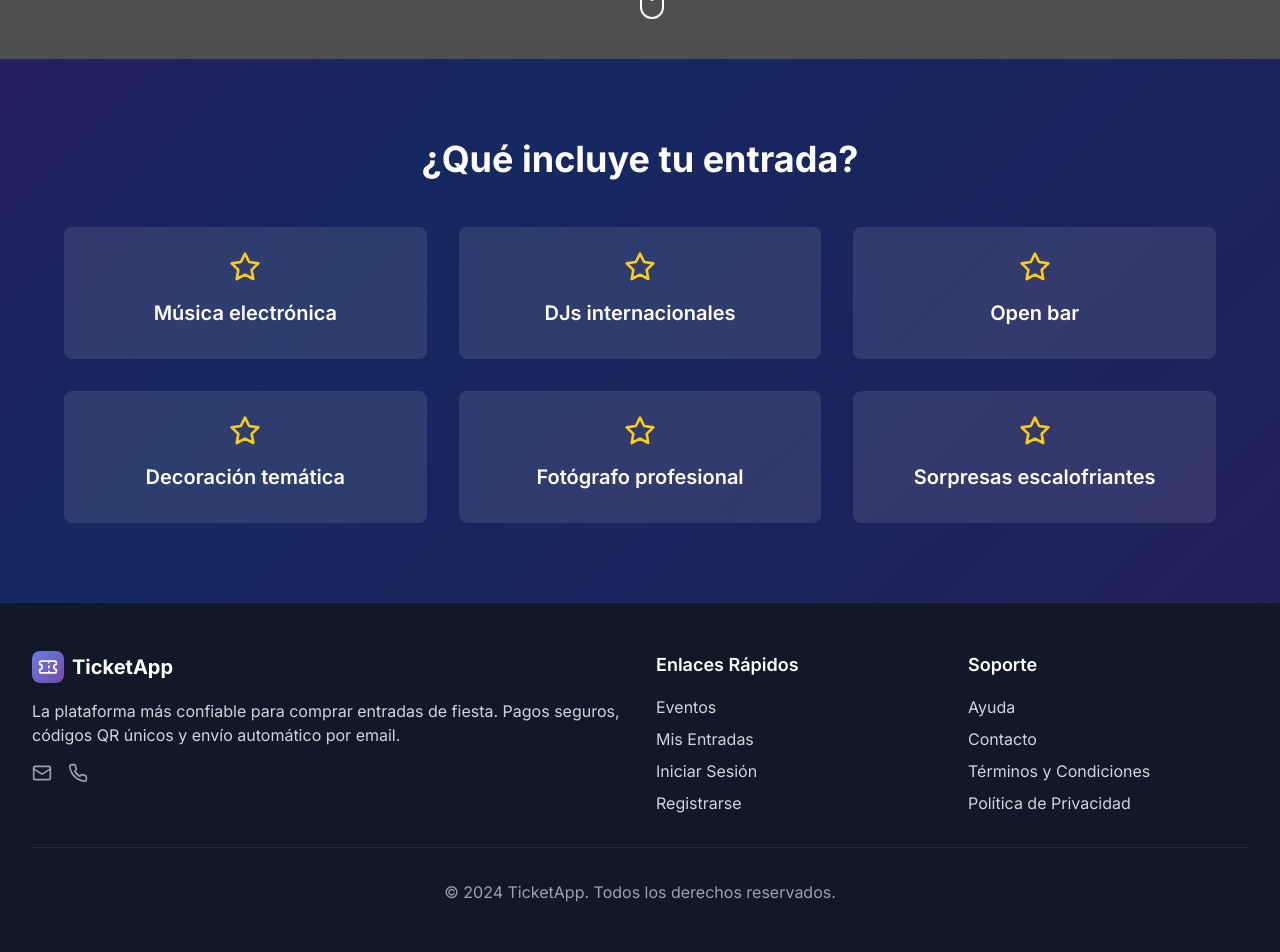
Repository: T0p2/Joda_Halloween
Page: / (app in client/)
An editor plug-in stored every save of this project. The page is shown before and after the next save, followed by the edit.
The browser window is 1280 px wide. The pictures show the part of the page from y = 730 to 1682 px (the page is 1682 px tall before and 1457 px after).
Pictures or frames that could not be fetched are drawn as grey boxes. The page's requests for data from a server got no answer. The project was rebuilt for these pictures with package versions that can differ from the ones it lists, and the page was loaded fresh each time. No one was signed in, and anything a server would have sent is missing. Also part of the build but not shown: client/src/components/AttendeeForm.tsx, client/src/pages/BuyTicket.tsx, client/src/config/api.js, client/src/components/ServerStatus.tsx, client/src/pages/Payment.tsx, client/src/pages/Events.tsx, client/src/pages/EventDetail.tsx, client/src/pages/Login.tsx and 4 more.

Above is the page before, as saved 2025-09-21 23:39:09.

### client/public/index.html
<!DOCTYPE html>
<html lang="es">
  <head>
    <meta charset="utf-8" />
    <link rel="icon" href="%PUBLIC_URL%/favicon.ico" />
    <meta name="viewport" content="width=device-width, initial-scale=1" />
    <meta name="theme-color" content="#000000" />
    <meta
      name="description"
      content="Aplicación web para compra de entradas de fiesta con pagos seguros y códigos QR"
    />
    <link rel="apple-touch-icon" href="%PUBLIC_URL%/logo192.png" />
    <link rel="manifest" href="%PUBLIC_URL%/manifest.json" />
    <link rel="preconnect" href="https://fonts.googleapis.com">
    <link rel="preconnect" href="https://fonts.gstatic.com" crossorigin>
    <link href="https://fonts.googleapis.com/css2?family=Inter:wght@300;400;500;600;700&display=swap" rel="stylesheet">
    <title>TicketApp - Compra Entradas de Fiesta</title>
  </head>
  <body>
    <noscript>Necesitas habilitar JavaScript para ejecutar esta aplicación.</noscript>
    <div id="root"></div>
  </body>
</html>

### client/src/index.css
@tailwind base;
@tailwind components;
@tailwind utilities;

@layer base {
  html {
    font-family: 'Inter', system-ui, sans-serif;
  }

  body {
    @apply bg-gray-50 text-gray-900;
  }
}

@layer components {
  .btn-primary {
    @apply bg-primary-600 hover:bg-primary-700 text-white font-medium py-2 px-4 rounded-lg transition-colors duration-200 focus:outline-none focus:ring-2 focus:ring-primary-500 focus:ring-offset-2;
  }

  .btn-secondary {
    @apply bg-gray-200 hover:bg-gray-300 text-gray-800 font-medium py-2 px-4 rounded-lg transition-colors duration-200 focus:outline-none focus:ring-2 focus:ring-gray-500 focus:ring-offset-2;
  }

  .card {
    @apply bg-white rounded-xl shadow-sm border border-gray-200 p-6;
  }

  .input-field {
    @apply w-full px-3 py-2 border border-gray-300 rounded-lg focus:outline-none focus:ring-2 focus:ring-primary-500 focus:border-transparent;
  }

  .gradient-bg {
    background: linear-gradient(135deg, #667eea 0%, #764ba2 100%);
  }
}

### client/src/App.tsx
import React from 'react';
import { BrowserRouter as Router, Routes, Route } from 'react-router-dom';
import { Toaster } from 'react-hot-toast';

// Components
import Header from './components/Header';
import Footer from './components/Footer';

// Pages
import Home from './pages/Home';
import BuyTicket from './pages/BuyTicket';
import Payment from './pages/Payment';
import Events from './pages/Events';
import EventDetail from './pages/EventDetail';
import Login from './pages/Login';
import Register from './pages/Register';
import MyTickets from './pages/MyTickets';
import Success from './pages/Success';
import Admin from './pages/Admin';

// Context
import { AuthProvider } from './context/AuthContext';

function App() {
  return (
    <AuthProvider>
        <Router future={{
          v7_startTransition: true,
          v7_relativeSplatPath: true
        }}>
          <div className="min-h-screen flex flex-col">
            <Header />
            <main className="flex-grow">
              <Routes>
                <Route path="/" element={<Home />} />
                <Route path="/buy-ticket" element={<BuyTicket />} />
                <Route path="/payment" element={<Payment />} />
                <Route path="/events" element={<Events />} />
                <Route path="/events/:id" element={<EventDetail />} />
                <Route path="/login" element={<Login />} />
                <Route path="/register" element={<Register />} />
                <Route path="/my-tickets" element={<MyTickets />} />
                <Route path="/success" element={<Success />} />
                <Route path="/admin" element={<Admin />} />
              </Routes>
            </main>
            <Footer />
          </div>
          <Toaster
            position="top-right"
            toastOptions={{
              duration: 4000,
              style: {
                background: '#363636',
                color: '#fff',
              },
              success: {
                duration: 3000,
                iconTheme: {
                  primary: '#10b981',
                  secondary: '#fff',
                },
              },
              error: {
                duration: 5000,
                iconTheme: {
                  primary: '#ef4444',
                  secondary: '#fff',
                },
              },
            }}
          />
        </Router>
    </AuthProvider>
  );
}

export default App;

### client/src/components/Header.tsx
import React from 'react';
import { Link } from 'react-router-dom';

const Header = () => {
  return (
    <header className="bg-black bg-opacity-50 backdrop-blur-sm border-b border-white border-opacity-20">
      <div className="max-w-7xl mx-auto px-4 sm:px-6 lg:px-8">
        <div className="flex justify-center items-center py-4">
          {/* Logo Centered */}
          <Link to="/" className="flex items-center">
            <div className="text-2xl sm:text-3xl font-bold text-white hover:text-yellow-400 transition-colors duration-200">
              🎃 Halloween Party 2025
            </div>
          </Link>
        </div>
      </div>
    </header>
  );
};

export default Header;

### client/src/components/Footer.tsx
import React from 'react';
import { Ticket, Mail, Phone } from 'lucide-react';

const Footer: React.FC = () => {
  return (
    <footer className="bg-gray-900 text-white">
      <div className="max-w-7xl mx-auto px-4 sm:px-6 lg:px-8 py-12">
        <div className="grid grid-cols-1 md:grid-cols-4 gap-8">
          {/* Logo and description */}
          <div className="col-span-1 md:col-span-2">
            <div className="flex items-center space-x-2 mb-4">
              <div className="w-8 h-8 gradient-bg rounded-lg flex items-center justify-center">
                <Ticket className="w-5 h-5 text-white" />
              </div>
              <span className="text-xl font-bold">TicketApp</span>
            </div>
            <p className="text-gray-300 mb-4">
              La plataforma más confiable para comprar entradas de fiesta.
              Pagos seguros, códigos QR únicos y envío automático por email.
            </p>
            <div className="flex space-x-4">
              <a href="#" className="text-gray-400 hover:text-white transition-colors duration-200">
                <Mail className="w-5 h-5" />
              </a>
              <a href="#" className="text-gray-400 hover:text-white transition-colors duration-200">
                <Phone className="w-5 h-5" />
              </a>
            </div>
          </div>

          {/* Quick links */}
          <div>
            <h3 className="text-lg font-semibold mb-4">Enlaces Rápidos</h3>
            <ul className="space-y-2">
              <li>
                <a href="/events" className="text-gray-300 hover:text-white transition-colors duration-200">
                  Eventos
                </a>
              </li>
              <li>
                <a href="/my-tickets" className="text-gray-300 hover:text-white transition-colors duration-200">
                  Mis Entradas
                </a>
              </li>
              <li>
                <a href="/login" className="text-gray-300 hover:text-white transition-colors duration-200">
                  Iniciar Sesión
                </a>
              </li>
              <li>
                <a href="/register" className="text-gray-300 hover:text-white transition-colors duration-200">
                  Registrarse
                </a>
              </li>
            </ul>
          </div>

          {/* Support */}
          <div>
            <h3 className="text-lg font-semibold mb-4">Soporte</h3>
            <ul className="space-y-2">
              <li>
                <a href="#" className="text-gray-300 hover:text-white transition-colors duration-200">
                  Ayuda
                </a>
              </li>
              <li>
                <a href="#" className="text-gray-300 hover:text-white transition-colors duration-200">
                  Contacto
                </a>
              </li>
              <li>
                <a href="#" className="text-gray-300 hover:text-white transition-colors duration-200">
                  Términos y Condiciones
                </a>
              </li>
              <li>
                <a href="#" className="text-gray-300 hover:text-white transition-colors duration-200">
                  Política de Privacidad
                </a>
              </li>
            </ul>
          </div>
        </div>

        <div className="border-t border-gray-800 mt-8 pt-8 text-center">
          <p className="text-gray-400">
            © 2024 TicketApp. Todos los derechos reservados.
          </p>
        </div>
      </div>
    </footer>
  );
};

export default Footer;

### client/src/pages/Home.tsx
import React from 'react';
import { useNavigate } from 'react-router-dom';
import { Calendar, MapPin, Users, Star } from 'lucide-react';

const Home = () => {
  const navigate = useNavigate();

  const event = {
    id: 1,
    name: "Fiesta de Halloween 2025",
    description: "La fiesta de Halloween más terrorífica del año con música electrónica, DJs internacionales, open bar, decoración temática y sorpresas escalofriantes. Una noche de miedo que no te puedes perder.",
    date: "15 de Julio, 2025",
    time: "22:00 - 06:00",
    location: "SECRET LOCATION",
    price: 5000,
    image: "https://static.vecteezy.com/system/resources/previews/027/807/583/non_2x/spooky-halloween-wallpaper-with-pumpkin-and-old-house-free-photo.jpg",
    features: [
      "Música electrónica",
      "DJs internacionales",
      "Open bar",
      "Decoración temática",
      "Fotógrafo profesional",
      "Sorpresas escalofriantes"
    ]
  };

  const handleBuyTicket = () => {
    navigate('/buy-ticket', { state: { event } });
  };

  return (
    <div className="min-h-screen bg-gradient-to-br from-purple-900 via-blue-900 to-indigo-900">
      {/* Hero Section */}
      <div className="relative h-screen flex items-center justify-center overflow-hidden">
        {/* Background Image */}
        <div
          className="absolute inset-0 bg-cover bg-center bg-no-repeat"
          style={{ backgroundImage: `url(${event.image})` }}
        >
          <div className="absolute inset-0 bg-black bg-opacity-50"></div>
        </div>

        {/* Content */}
        <div className="relative z-10 text-center text-white px-4 max-w-4xl mx-auto">
          <h1 className="text-5xl md:text-7xl font-bold mb-6 animate-fade-in">
            {event.name}
          </h1>

          <p className="text-xl md:text-2xl mb-8 text-gray-200 animate-slide-up">
            {event.description}
          </p>

          {/* Event Details */}
          <div className="grid grid-cols-1 md:grid-cols-3 gap-6 mb-8 text-center">
            <div className="flex flex-col items-center">
              <Calendar className="w-8 h-8 mb-2 text-yellow-400" />
              <span className="font-semibold">{event.date}</span>
              <span className="text-gray-300">{event.time}</span>
            </div>

            <div className="flex flex-col items-center">
              <MapPin className="w-8 h-8 mb-2 text-yellow-400" />
              <span className="font-semibold">{event.location}</span>
            </div>

                         <div className="flex flex-col items-center">
               <Users className="w-8 h-8 mb-2 text-yellow-400" />
               <span className="font-semibold">${event.price}</span>
               <span className="text-gray-300">por entrada</span>
             </div>
          </div>

          {/* Buy Button */}
          <button
            onClick={handleBuyTicket}
            className="bg-gradient-to-r from-yellow-400 to-orange-500 hover:from-yellow-500 hover:to-orange-600 text-black font-bold py-4 px-8 rounded-full text-xl transform hover:scale-105 transition-all duration-300 shadow-2xl animate-pulse"
          >
            🎫 COMPRAR ENTRADA
          </button>
        </div>

        {/* Scroll Indicator */}
        <div className="absolute bottom-8 left-1/2 transform -translate-x-1/2 animate-bounce">
          <div className="w-6 h-10 border-2 border-white rounded-full flex justify-center">
            <div className="w-1 h-3 bg-white rounded-full mt-2 animate-pulse"></div>
          </div>
        </div>
      </div>

      {/* Features Section */}
      <div className="py-20 px-4 bg-black bg-opacity-30">
        <div className="max-w-6xl mx-auto">
          <h2 className="text-4xl font-bold text-center text-white mb-12">
            ¿Qué incluye tu entrada?
          </h2>

          <div className="grid grid-cols-1 md:grid-cols-2 lg:grid-cols-3 gap-8">
            {event.features.map((feature, index) => (
              <div
                key={index}
                className="bg-white bg-opacity-10 backdrop-blur-sm rounded-lg p-6 text-center hover:bg-opacity-20 transition-all duration-300"
              >
                <Star className="w-8 h-8 text-yellow-400 mx-auto mb-4" />
                <h3 className="text-xl font-semibold text-white mb-2">
                  {feature}
                </h3>
              </div>
            ))}
          </div>
        </div>
      </div>
    </div>
  );
};

export default Home;

### client/src/context/AuthContext.tsx
import React, { createContext, useContext, useState, useEffect, ReactNode } from 'react';
import axios from 'axios';

interface User {
  id: number;
  email: string;
  name: string;
  phone?: string;
}

interface AuthContextType {
  user: User | null;
  token: string | null;
  login: (email: string) => Promise<void>;
  register: (email: string, name: string, phone?: string) => Promise<void>;
  logout: () => void;
  loading: boolean;
}

const AuthContext = createContext<AuthContextType | undefined>(undefined);

export const useAuth = () => {
  const context = useContext(AuthContext);
  if (context === undefined) {
    throw new Error('useAuth must be used within an AuthProvider');
  }
  return context;
};

interface AuthProviderProps {
  children: ReactNode;
}

export const AuthProvider: React.FC<AuthProviderProps> = ({ children }) => {
  const [user, setUser] = useState<User | null>(null);
  const [token, setToken] = useState<string | null>(localStorage.getItem('token'));
  const [loading, setLoading] = useState(true);

  // Set up axios defaults
  useEffect(() => {
    if (token) {
      axios.defaults.headers.common['Authorization'] = `Bearer ${token}`;
    } else {
      delete axios.defaults.headers.common['Authorization'];
    }
  }, [token]);

  // Check if user is authenticated on mount
  useEffect(() => {
    const checkAuth = async () => {
      if (token) {
        try {
          const response = await axios.get('/api/auth/profile');
          setUser(response.data.user);
        } catch (error) {
          console.error('Auth check failed:', error);
          localStorage.removeItem('token');
          setToken(null);
        }
      }
      setLoading(false);
    };

    checkAuth();
  }, [token]);

  const login = async (email: string) => {
    try {
      const response = await axios.post('/api/auth/login', { email });
      const { token: newToken, user: userData } = response.data;

      localStorage.setItem('token', newToken);
      setToken(newToken);
      setUser(userData);
    } catch (error: any) {
      throw new Error(error.response?.data?.error || 'Login failed');
    }
  };

  const register = async (email: string, name: string, phone?: string) => {
    try {
      const response = await axios.post('/api/auth/register', { email, name, phone });
      const { token: newToken, user: userData } = response.data;

      localStorage.setItem('token', newToken);
      setToken(newToken);
      setUser(userData);
    } catch (error: any) {
      throw new Error(error.response?.data?.error || 'Registration failed');
    }
  };

  const logout = () => {
    localStorage.removeItem('token');
    setToken(null);
    setUser(null);
  };

  const value: AuthContextType = {
    user,
    token,
    login,
    register,
    logout,
    loading
  };

  return (
    <AuthContext.Provider value={value}>
      {children}
    </AuthContext.Provider>
  );
};

### client/tailwind.config.js
/** @type {import('tailwindcss').Config} */
module.exports = {
  content: [
    "./src/**/*.{js,jsx,ts,tsx}",
  ],
  theme: {
    extend: {
      colors: {
        primary: {
          50: '#f0f9ff',
          100: '#e0f2fe',
          200: '#bae6fd',
          300: '#7dd3fc',
          400: '#38bdf8',
          500: '#0ea5e9',
          600: '#0284c7',
          700: '#0369a1',
          800: '#075985',
          900: '#0c4a6e',
        },
        secondary: {
          50: '#fdf4ff',
          100: '#fae8ff',
          200: '#f5d0fe',
          300: '#f0abfc',
          400: '#e879f9',
          500: '#d946ef',
          600: '#c026d3',
          700: '#a21caf',
          800: '#86198f',
          900: '#701a75',
        }
      },
      fontFamily: {
        sans: ['Inter', 'system-ui', 'sans-serif'],
      },
      animation: {
        'fade-in': 'fadeIn 0.5s ease-in-out',
        'slide-up': 'slideUp 0.3s ease-out',
      },
      keyframes: {
        fadeIn: {
          '0%': { opacity: '0' },
          '100%': { opacity: '1' },
        },
        slideUp: {
          '0%': { transform: 'translateY(10px)', opacity: '0' },
          '100%': { transform: 'translateY(0)', opacity: '1' },
        },
      },
    },
  },
  plugins: [],
}

Loaded but not shown: client/src/index.tsx (common file)

After the next save:
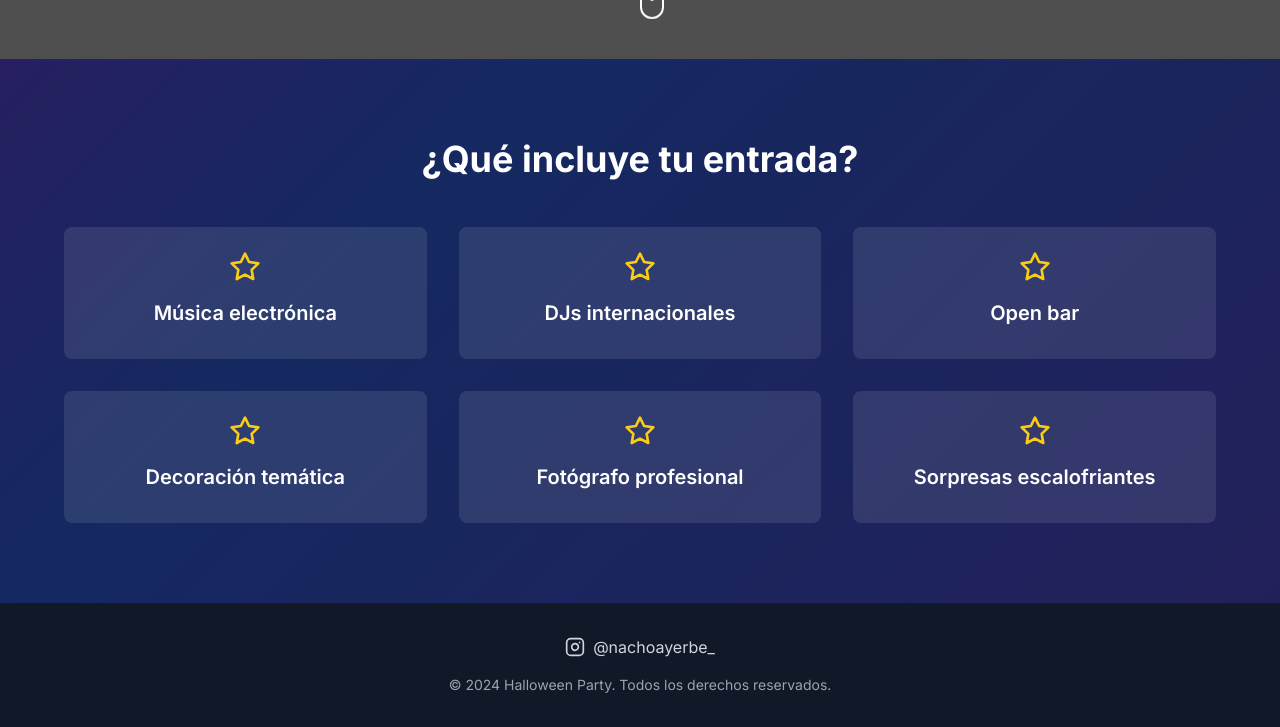
Saved 30 s later.
--- a/client/src/components/Footer.tsx
+++ b/client/src/components/Footer.tsx
@@ -1,91 +1,25 @@
 import React from 'react';
-import { Ticket, Mail, Phone } from 'lucide-react';
+import { Instagram } from 'lucide-react';
 
 const Footer: React.FC = () => {
   return (
     <footer className="bg-gray-900 text-white">
-      <div className="max-w-7xl mx-auto px-4 sm:px-6 lg:px-8 py-12">
-        <div className="grid grid-cols-1 md:grid-cols-4 gap-8">
-          {/* Logo and description */}
-          <div className="col-span-1 md:col-span-2">
-            <div className="flex items-center space-x-2 mb-4">
-              <div className="w-8 h-8 gradient-bg rounded-lg flex items-center justify-center">
-                <Ticket className="w-5 h-5 text-white" />
-              </div>
-              <span className="text-xl font-bold">TicketApp</span>
-            </div>
-            <p className="text-gray-300 mb-4">
-              La plataforma más confiable para comprar entradas de fiesta.
-              Pagos seguros, códigos QR únicos y envío automático por email.
-            </p>
-            <div className="flex space-x-4">
-              <a href="#" className="text-gray-400 hover:text-white transition-colors duration-200">
-                <Mail className="w-5 h-5" />
-              </a>
-              <a href="#" className="text-gray-400 hover:text-white transition-colors duration-200">
-                <Phone className="w-5 h-5" />
-              </a>
-            </div>
+      <div className="max-w-7xl mx-auto px-4 sm:px-6 lg:px-8 py-8">
+        <div className="text-center">
+          <div className="flex justify-center items-center space-x-4 mb-4">
+            <a
+              href="https://instagram.com/nachoayerbe_"
+              target="_blank"
+              rel="noopener noreferrer"
+              className="flex items-center space-x-2 text-gray-300 hover:text-pink-400 transition-colors duration-200"
+            >
+              <Instagram className="w-5 h-5" />
+              <span>@nachoayerbe_</span>
+            </a>
           </div>
 
-          {/* Quick links */}
-          <div>
-            <h3 className="text-lg font-semibold mb-4">Enlaces Rápidos</h3>
-            <ul className="space-y-2">
-              <li>
-                <a href="/events" className="text-gray-300 hover:text-white transition-colors duration-200">
-                  Eventos
-                </a>
-              </li>
-              <li>
-                <a href="/my-tickets" className="text-gray-300 hover:text-white transition-colors duration-200">
-                  Mis Entradas
-                </a>
-              </li>
-              <li>
-                <a href="/login" className="text-gray-300 hover:text-white transition-colors duration-200">
-                  Iniciar Sesión
-                </a>
-              </li>
-              <li>
-                <a href="/register" className="text-gray-300 hover:text-white transition-colors duration-200">
-                  Registrarse
-                </a>
-              </li>
-            </ul>
-          </div>
-
-          {/* Support */}
-          <div>
-            <h3 className="text-lg font-semibold mb-4">Soporte</h3>
-            <ul className="space-y-2">
-              <li>
-                <a href="#" className="text-gray-300 hover:text-white transition-colors duration-200">
-                  Ayuda
-                </a>
-              </li>
-              <li>
-                <a href="#" className="text-gray-300 hover:text-white transition-colors duration-200">
-                  Contacto
-                </a>
-              </li>
-              <li>
-                <a href="#" className="text-gray-300 hover:text-white transition-colors duration-200">
-                  Términos y Condiciones
-                </a>
-              </li>
-              <li>
-                <a href="#" className="text-gray-300 hover:text-white transition-colors duration-200">
-                  Política de Privacidad
-                </a>
-              </li>
-            </ul>
-          </div>
-        </div>
-
-        <div className="border-t border-gray-800 mt-8 pt-8 text-center">
-          <p className="text-gray-400">
-            © 2024 TicketApp. Todos los derechos reservados.
+          <p className="text-gray-400 text-sm">
+            © 2024 Halloween Party. Todos los derechos reservados.
           </p>
         </div>
       </div>
